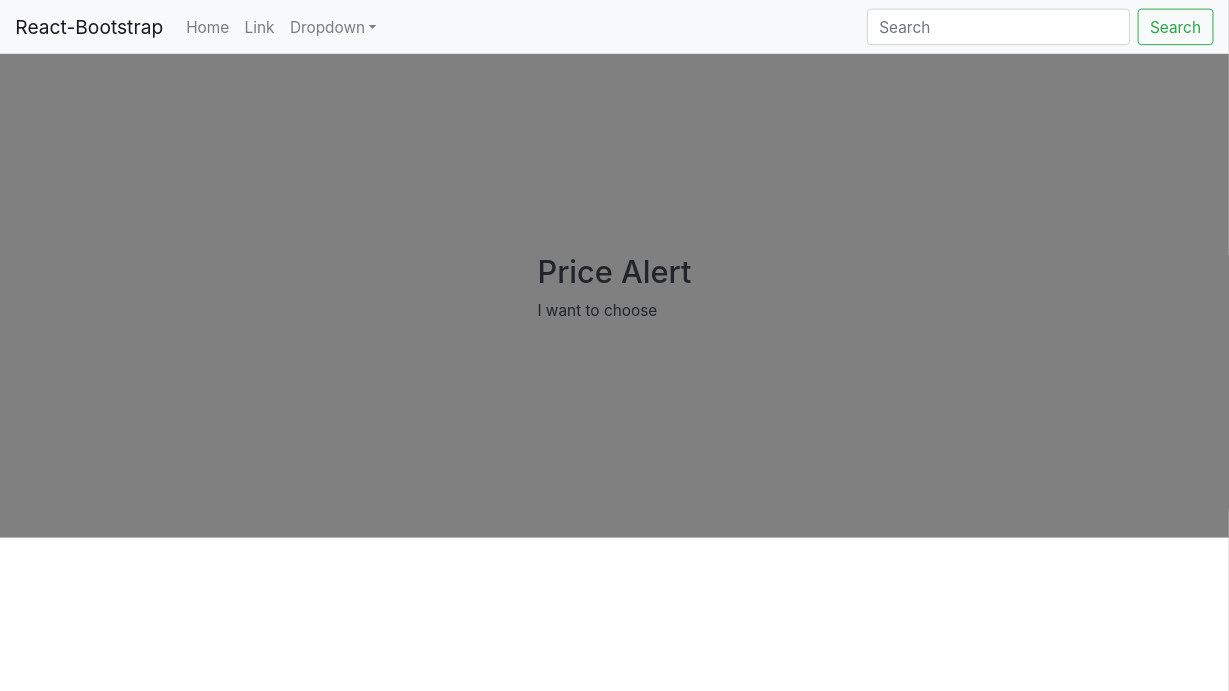
Repository: flychicken123/PriceAlertFront
Page: /
These files come from the project's save history. The page is drawn as it stood at one moment and after the next save; the edit follows.
The browser window is 1280 px wide. The pictures show the whole page, at 96% of full size.
The project was rebuilt for these pictures with package versions that can differ from the ones it lists, and the page was loaded fresh each time. Also part of the build but not shown: src/App.css.

Above is the page before, as saved 2021-03-05 20:15:40.

### public/index.html
<!DOCTYPE html>
<html lang="en">
  <head>
    <meta charset="utf-8" />
    <link rel="icon" href="%PUBLIC_URL%/favicon.ico" />
    <meta name="viewport" content="width=device-width, initial-scale=1" />
    <meta name="theme-color" content="#000000" />
    <meta
      name="description"
      content="Web site created using create-react-app"
    />
    <link rel="apple-touch-icon" href="%PUBLIC_URL%/logo192.png" />
    <!--
      manifest.json provides metadata used when your web app is installed on a
      user's mobile device or desktop. See https://developers.google.com/web/fundamentals/web-app-manifest/
    -->
    <link rel="manifest" href="%PUBLIC_URL%/manifest.json" />
    <link
  rel="stylesheet"
  href="https://cdn.jsdelivr.net/npm/bootstrap@4.6.0/dist/css/bootstrap.min.css"
  integrity="sha384-B0vP5xmATw1+K9KRQjQERJvTumQW0nPEzvF6L/Z6nronJ3oUOFUFpCjEUQouq2+l"
  crossorigin="anonymous"
/>
<link rel="stylesheet" href="https://fonts.googleapis.com/css?family=Roboto:300,400,500,700&display=swap" />

    <!--
      Notice the use of %PUBLIC_URL% in the tags above.
      It will be replaced with the URL of the `public` folder during the build.
      Only files inside the `public` folder can be referenced from the HTML.

      Unlike "/favicon.ico" or "favicon.ico", "%PUBLIC_URL%/favicon.ico" will
      work correctly both with client-side routing and a non-root public URL.
      Learn how to configure a non-root public URL by running `npm run build`.
    -->
    <title>React App</title>
  </head>
  <body>
    <noscript>You need to enable JavaScript to run this app.</noscript>
    <div id="root"></div>
    <!--
      This HTML file is a template.
      If you open it directly in the browser, you will see an empty page.

      You can add webfonts, meta tags, or analytics to this file.
      The build step will place the bundled scripts into the <body> tag.

      To begin the development, run `npm start` or `yarn start`.
      To create a production bundle, use `npm run build` or `yarn build`.
    -->
  </body>
</html>

### src/App.js
import logo from './logo.svg';
import './App.css';
import { BrowserRouter as Router, Switch, Route } from 'react-router-dom';
import TopNavbar from './components/TopNavbar';
import Home from './components/Home.jsx';
const App = () => {
  return (
    <Router>
      <TopNavbar />
      <Switch>
        <Route path='/' component={Home} />
      </Switch>
    </Router>
  )
}

export default App;

### src/components/TopNavbar.jsx
import React, { Component } from 'react';
import { Button, Navbar, Nav, NavDropdown, Form, FormControl } from "react-bootstrap";
const TopNavbar = () => {
    return (
        <div style={{ backgroundColor: 'grey' }}>
            <Navbar bg="light" expand="lg">
                <Navbar.Brand href="#home">React-Bootstrap</Navbar.Brand>
                <Navbar.Toggle aria-controls="basic-navbar-nav" />
                <Navbar.Collapse id="basic-navbar-nav">
                    <Nav className="mr-auto">
                        <Nav.Link href="#home">Home</Nav.Link>
                        <Nav.Link href="#link">Link</Nav.Link>
                        <NavDropdown title="Dropdown" id="basic-nav-dropdown">
                            <NavDropdown.Item href="#action/3.1">Action</NavDropdown.Item>
                            <NavDropdown.Item href="#action/3.2">Another action</NavDropdown.Item>
                            <NavDropdown.Item href="#action/3.3">Something</NavDropdown.Item>
                            <NavDropdown.Divider />
                            <NavDropdown.Item href="#action/3.4">Separated link</NavDropdown.Item>
                        </NavDropdown>
                    </Nav>
                    <Form inline>
                        <FormControl type="text" placeholder="Search" className="mr-sm-2" />
                        <Button variant="outline-success">Search</Button>
                    </Form>
                </Navbar.Collapse>
            </Navbar>
        </div>
    )
};
export default TopNavbar

### src/components/Home.jsx
import React, { Component } from 'react';
import { Form, DropdownButton, Dropdown, Row, Col } from 'react-bootstrap';

const Home = () => {
    return (
        <div className='mainControl'>
            <container>

                <div style={{ display: 'flex', justifyContent: 'center', alignItems: 'center', height: '70vh', backgroundColor: 'grey' }}>
                    <Form>
                        <h2>Price Alert</h2>
                        <Form.Group colcontrolId="formBasicEmail">
                            <text>I want to choose</text>
                        </Form.Group>
                    </Form>

                </div>
            </container>
        </div>
    )
}
export default Home;

Loaded but not shown: src/index.js (common file); src/index.css (common file); src/reportWebVitals.js (common file)

After the next save:
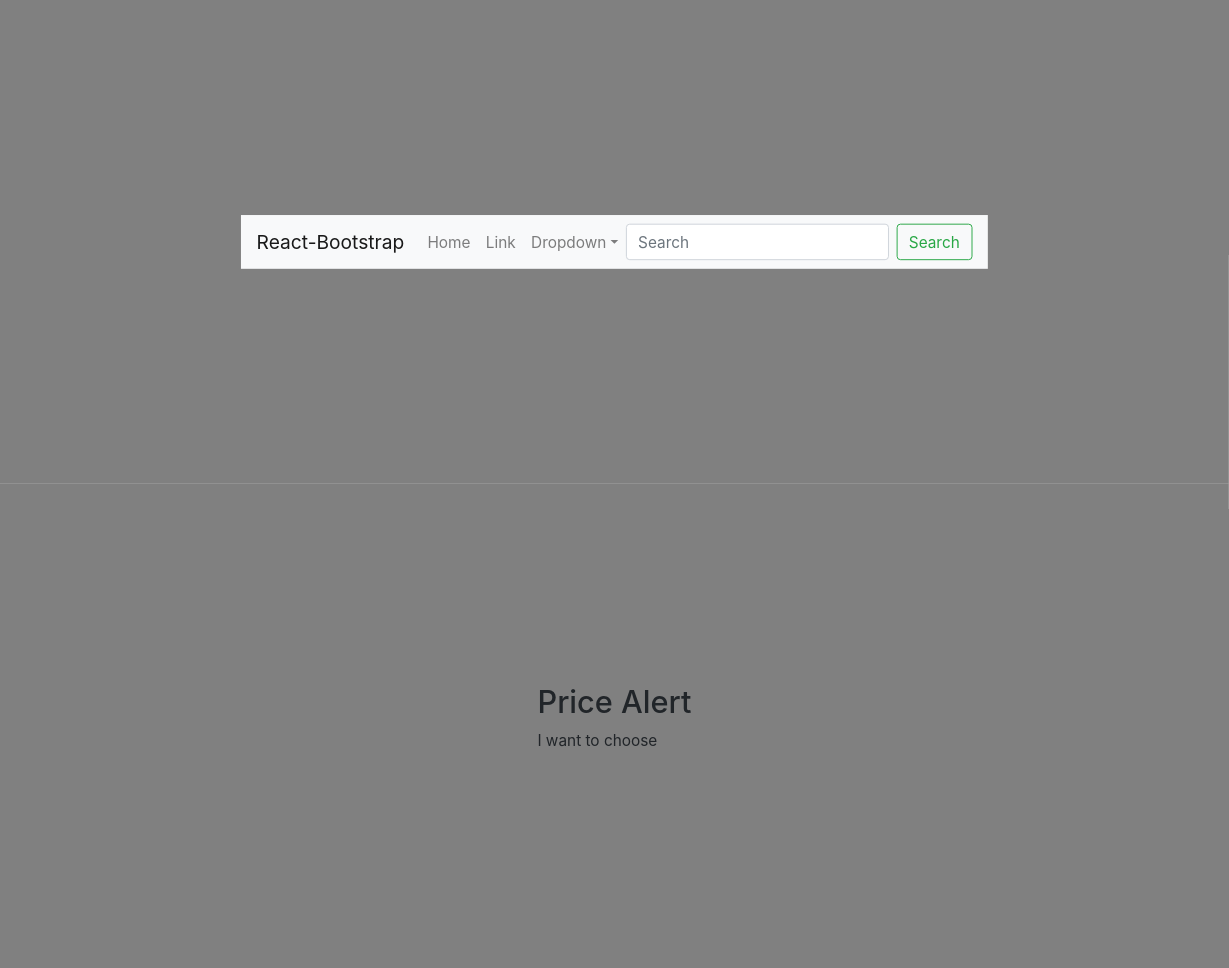
Saved 27 s later.
--- a/src/components/TopNavbar.jsx
+++ b/src/components/TopNavbar.jsx
@@ -2,7 +2,7 @@
 import { Button, Navbar, Nav, NavDropdown, Form, FormControl } from "react-bootstrap";
 const TopNavbar = () => {
     return (
-        <div style={{ backgroundColor: 'grey' }}>
+        <div style={{ display: 'flex', justifyContent: 'center', alignItems: 'center', height: '70vh', backgroundColor: 'grey' }}>
             <Navbar bg="light" expand="lg">
                 <Navbar.Brand href="#home">React-Bootstrap</Navbar.Brand>
                 <Navbar.Toggle aria-controls="basic-navbar-nav" />

After the save that followed:
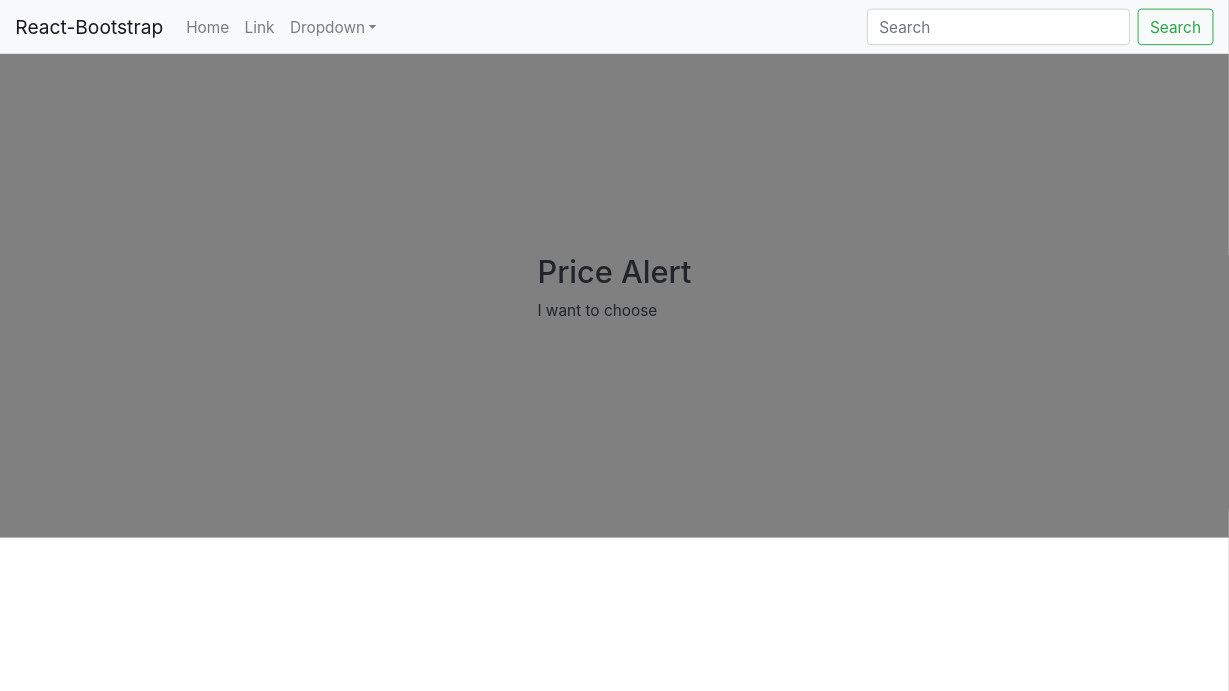
Saved 10 s later.
--- a/src/components/TopNavbar.jsx
+++ b/src/components/TopNavbar.jsx
@@ -2,7 +2,7 @@
 import { Button, Navbar, Nav, NavDropdown, Form, FormControl } from "react-bootstrap";
 const TopNavbar = () => {
     return (
-        <div style={{ display: 'flex', justifyContent: 'center', alignItems: 'center', height: '70vh', backgroundColor: 'grey' }}>
+        <div style={{ backgroundColor: 'grey' }}>
             <Navbar bg="light" expand="lg">
                 <Navbar.Brand href="#home">React-Bootstrap</Navbar.Brand>
                 <Navbar.Toggle aria-controls="basic-navbar-nav" />
